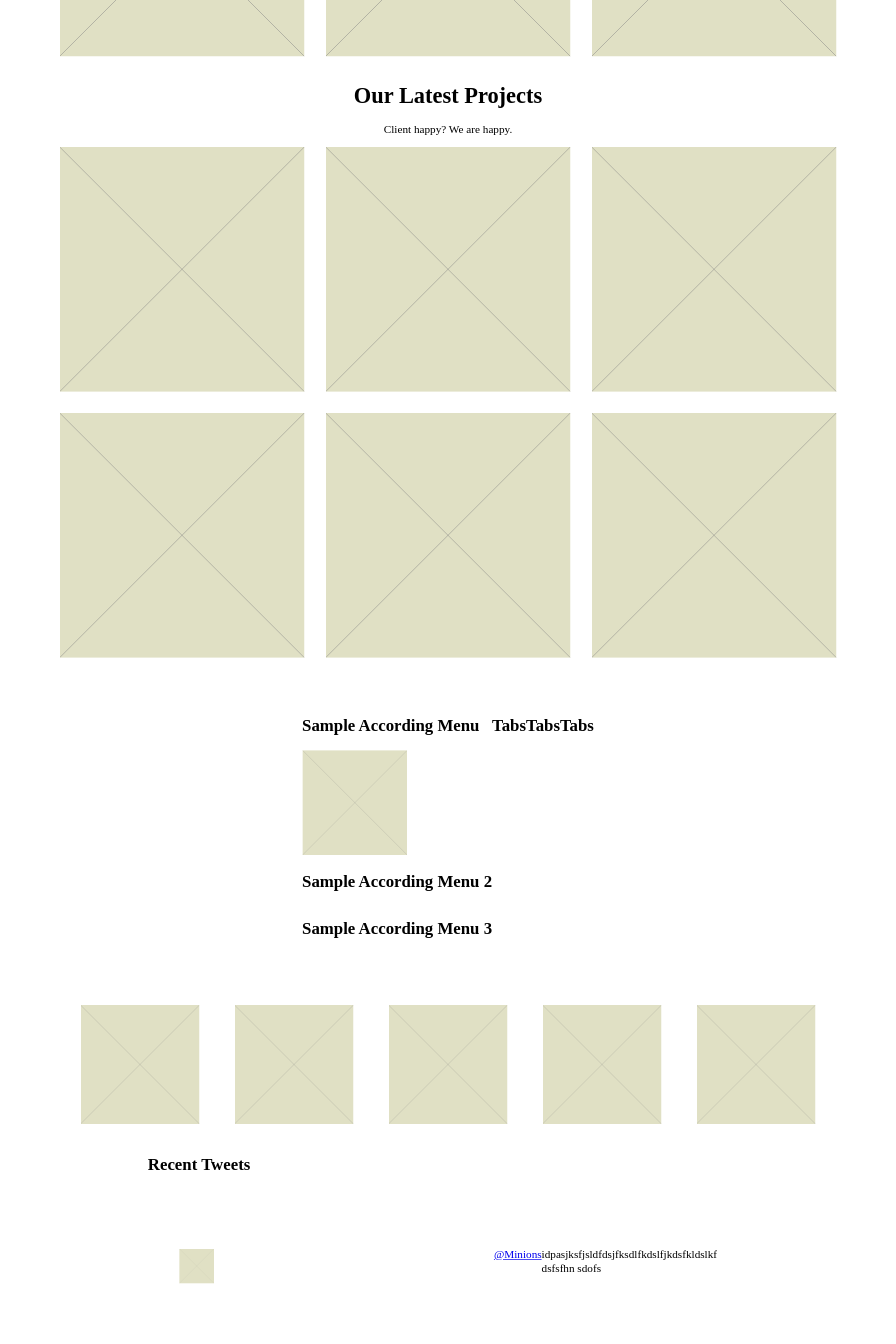
Repository: ReallyNguyen/responsive-web
Page: index.html
The author's editor kept a copy of each file at every save. The page is drawn from the files as they stood at one save, then again after the next save.
The browser window is 1280 px wide. The pictures show the part of the page from y = 834 to 2754 px (the page is 2754 px tall before and 2682 px after), at 70% of full size.

Above is the page before, as saved 2023-01-25 21:42:52.

### index.html
<!doctype html>
<html class="no-js" lang="">

<head>
  <meta charset="utf-8">
  <title></title>
  <meta name="description" content="">
  <meta name="viewport" content="width=device-width, initial-scale=1">

  <meta property="og:title" content="">
  <meta property="og:type" content="">
  <meta property="og:url" content="">
  <meta property="og:image" content="">

  <link rel="manifest" href="site.webmanifest">
  <link rel="apple-touch-icon" href="icon.png">
  <!-- Place favicon.ico in the root directory -->

  <link rel="stylesheet" href="css/normalize.css">
  <link rel="stylesheet" href="css/main.css">

  <meta name="theme-color" content="#fafafa">
</head>

<body>
  <header>
    <div class="nav-bar">
      <h1 class="company-name" >Metrolics</h1>
      <img class="logo" src="placeholder.svg" alt="company logo" width="50" height="50">
      <img class="accordian" src="placeholder.svg" alt="accordian here" width="50" height="50">

    </div>

    <div class="introduction">
      <h1> Hey guys! This is the Metrolics theme. It sports a responsive layout with a mobile layout.</h1>
    </div>


  </header>



  <article>

    <div class="Title">
      <h1>
        Things we do
      </h1>
      <p>
        ask what we do
      </p>
    </div>

    <main>

      <div class="Contents">
        <div class="Content">
          <img src="placeholder.svg" alt="" width="50" height="50">
          <div class="Description">
            <h4 class="topic">
              Web Solution
            </h4>
            <p> ajisdjsad</p>
          </div>
        </div>

        <div class="Content">
          <img src="placeholder.svg" alt="" width="50" height="50">
          <div class="Description">
            <h4 class="topic">
              Photography
            </h4>
            <p> ajisdjsad</p>
          </div>
        </div>

        <div class="Content">
          <img src="placeholder.svg" alt="" width="50" height="50">
          <div class="Description">
            <h4 class="topic">
              Web Development
            </h4>
            <p> ajisdjsad</p>
          </div>
        </div>

        <div class="Content">
          <img src="placeholder.svg" alt="" width="50" height="50">
          <div class="Description">
            <h4 class="topic">
              Web Design
            </h4>
            <p> ajisdjsad</p>
          </div>
        </div>



      </div>

      <div class="whats_up_lately">

        <div class="Title">
          <h1>
            What's up lately?
          </h1>
          <p>
            Read up on our latest work
          </p>
        </div>

        <div class="Boxes">
          <img class="Sample" src="placeholder.svg" alt="" width="360" height="360">
          <img class="Sample" src="placeholder.svg" alt="" width="360" height="360">
          <img class="Sample" src="placeholder.svg" alt="" width="360" height="360">
        </div>
      </div>

      <div class="our_latest_projects">

        <div class="Title">
          <h1>
            Our Latest Projects
          </h1>
          <p>
            Client happy? We are happy.
          </p>
        </div>

        <div class="Boxes">
          <img class="Sample" src="placeholder.svg" alt="">
          <img class="Sample" src="placeholder.svg" alt="">
          <img class="Sample" src="placeholder.svg" alt="">
          <img class="Sample" src="placeholder.svg" alt="">
          <img class="Sample" src="placeholder.svg" alt="">
          <img class="Sample" src="placeholder.svg" alt="">
        </div>
      </div>

      <div class="Bottom">
        <div class="Menu">
          <div class="Menu1">
            <h2>Sample According Menu</h2>
            <div class="Desc-Menu1"></div>
            <img src="placeholder.svg" alt="" width="150" height="150">
          </div>
          <h2>Sample According Menu 2</h2>
          <h2>Sample According Menu 3</h2>
        </div>
        <div class="Tabs">
          <h2>Tabs</h2>
          <h2>Tabs</h2>
          <h2>Tabs</h2>
        </div>
      </div>

      <div class="Companies">
        <img class="Companies-Logo" src="placeholder.svg" alt="">
        <img class="Companies-Logo" src="placeholder.svg" alt="">
        <img class="Companies-Logo" src="placeholder.svg" alt="">
        <img class="Companies-Logo" src="placeholder.svg" alt="">
        <img class="Companies-Logo" src="placeholder.svg" alt="">
      </div>

      <div class="recent-tweets">
        <h2> Recent Tweets </h2>
        <div class="social-box">
          <img src="placeholder.svg" alt="" width="50" height="50">
          <div class="social-text-box">
            <a href="url"> @Minions </a>
            <p> idpasjksfjsldfdsjfksdlfkdslfjkdsfkldslkf dsfsfhn sdofs </p>
        </div>
        </div>
      </div>

    </main>



  </article>
</body>

</html>

### css/main.css
.nav-bar {
  display: flex;
  flex-direction: row;
  justify-content: center;
  margin: 50px;
}

.introduction {
  display: flex;
  justify-content: center;
}

.social-box {
  display: flex;
  justify-content: center;
  padding: 10%;

}

.social-text-box {
  display: flex;
  justify-content: center;
  padding-left: 400px;
}


article>div {
  margin: 15px;
}

.Title {
  display: flex;
  flex-direction: column;
  text-align: center;
  margin-top: 0;
}

main {
  display: flex;
  flex-direction: column;
  align-items: center;
}


.topic {
  margin: 0;
}

p {
  margin: 0px;
}

.Contents {
  display: flex;
  flex-direction: row;
}

.Content {
  display: flex;
  flex-direction: row;
  margin: 15px;
}

.Boxes {
  display: flex;
  display: flex;
  flex-wrap: wrap;
  justify-content: center;
}

.Sample {
  margin: 15px;
  width: 350px;
  height: 350px;
}

.Bottom {
  display: flex;
  flex-direction: row;
  margin: 50px;
}

.Menu {
  display: flex;
  flex-direction: column;
}

.Tabs {
  display: flex;
  flex-direction: row;
}

.Companies {
  display: flex;
  flex-direction: row;
}

.Companies-Logo {
  width: 170px;
  height: 170px;
  margin: 25px;
}

/* Small only */
@media screen and (max-width: 39.9375em) {
  header {
    display: flex;
    flex-direction: column;
    text-align: center;
    margin: 15px;
    font-size: 10px;
  }
}

/* Medium and up */
@media screen and (min-width: 40em) {
  h1 br {
    display: none;
  }

}

/* Medium only */
@media screen and (min-width: 40em) and (max-width: 63.9375em) {}

/* Large and up */
@media screen and (min-width: 64em) {}

/* Large only */
@media screen and (min-width: 64em) and (max-width: 74.9375em) {}

Loaded but not shown: css/normalize.css (library)

After the next save:
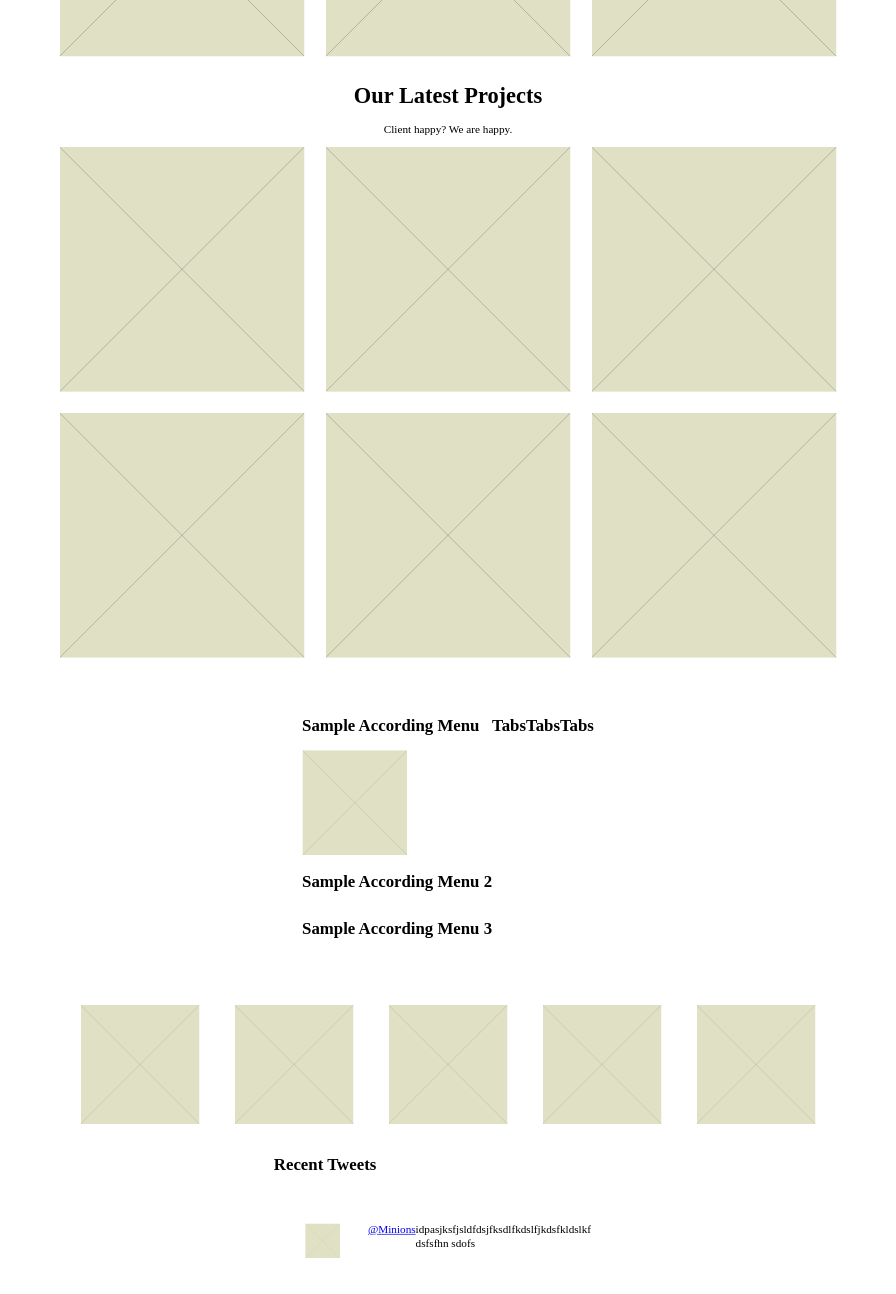
Saved 13 s later.
--- a/css/main.css
+++ b/css/main.css
@@ -20,7 +20,7 @@
 .social-text-box {
   display: flex;
   justify-content: center;
-  padding-left: 400px;
+  padding-left: 40px;
 }
 
 
